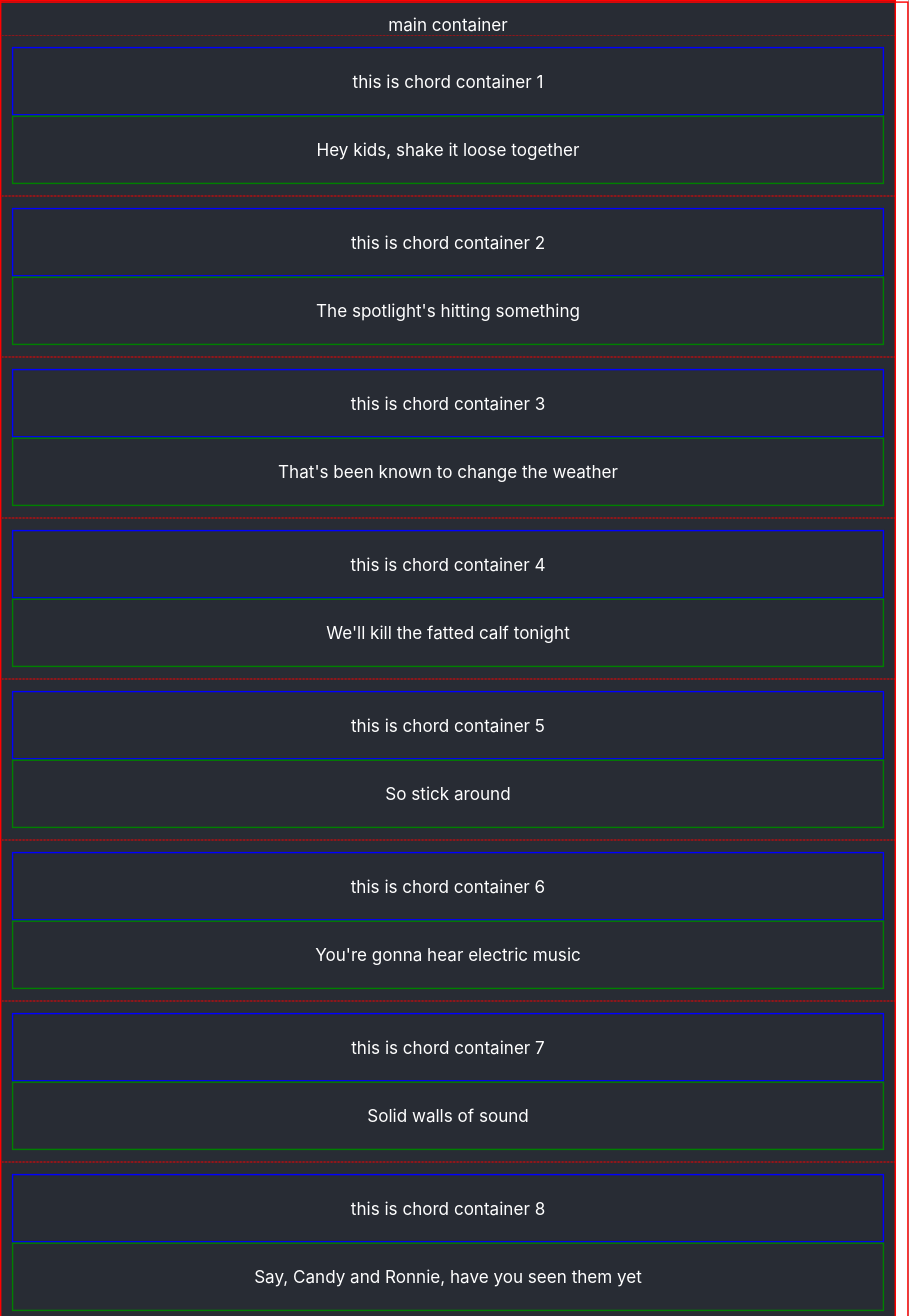
Repository: mattnoth/easy-nash-tab
Page: /
The author's editor kept a copy of each file at every save. The page is drawn from the files as they stood at one save, then again after the next save.
The browser window is 1280 px wide. The page is 1298 px wide, so the pictures cover 1298 px, including what lies to the right of the window. The pictures show the part of the page from y = 0 to 1880 px (the page is 10190 px tall before and 10991 px after), at 70% of full size.
The project was rebuilt for these pictures with package versions that can differ from the ones it lists, and the page was loaded fresh each time.

Above is the page before, as saved 2022-08-07 14:21:18.

### src/App.js
import './App.css';
import MainContainerLogic from './components/MainContainers/MainContainerLogic.js';

function App() {
  return (
    <div className="App">
      <header className="App-header">
      </header>
      <MainContainerLogic />

    </div>
  );
}

export default App;

### src/App.css
.App {
  text-align: center;
  border: 2px solid red;
  background-color: #282c34;
  min-height: 100vh;
  display: flex;
  flex-direction: column;
  align-items: center;
  justify-content: center;
  font-size: calc(10px + 2vmin);
  color: white;
}


.App-logo {
  height: 40vmin;
  pointer-events: none;
}

### src/components/MainContainers/MainContainerLogic.js
import { useState } from "react";
import React from 'react';
import { bennieAndTheJets } from '../../data/BennieAndTheJets'
import Main from '../MainContainers/Main.js'
import './mainContainerStyles.css'


function MainContainerLogic(props) {

    const [fullLyricString, setFullLyricsString] = useState('')
    const [lyricArray, setLyricArray] = useState([])
    const [currentLine, setCurrentLine] = useState([]);

    const splitLyrics = (lyrics) => {
        const arr = lyrics.split(/\r?\n/);
        setLyricArray(arr);
    }

    const createObject = (lyrics) => {
        let obj = {};
        let arr = [];

        for (let i = 0; i < lyrics.length; i++) {
            obj = {
                lyric: lyrics[i],
                currentId: i
            }
            arr.push(obj)
        }
        return arr;
    }

    if (fullLyricString == '') {
        setFullLyricsString(bennieAndTheJets);
    }

    if (fullLyricString && lyricArray.length === 0) {
        splitLyrics(fullLyricString);
    }

    let tempLyrics;

    if (lyricArray.length > 0) {
        if (lyricArray[0]) {
            return;
        } else {
            tempLyrics = createObject(lyricArray);

        }
    }

    if (tempLyrics) {
        tempLyrics.map((line) => {
            currentLine.push(line);
        })
    }

    return (
        <>
            <div className="mainContainer">
                main container
                {
                    currentLine.map((line) => {
                        if (line?.currentId === 0) {
                            return
                        } else {
                            return (
                                <div className="oneLine" key={"div " + line?.currentId}>
                                    <Main
                                        line={line}
                                        key={"main " + line?.currentId}
                                    />
                                </div>

                            )
                        }
                    })
                }
            </div>
        </>
    );
}

export default MainContainerLogic;

### src/data/BennieAndTheJets.js
export const bennieAndTheJets = `
Hey kids, shake it loose together
The spotlight's hitting something
That's been known to change the weather
We'll kill the fatted calf tonight
So stick around
You're gonna hear electric music
Solid walls of sound
Say, Candy and Ronnie, have you seen them yet
Ohh, but they're so spaced out, B-b-b-b Bennie and the Jets
Oh but they're weird and they're wonderful
Oh Bennie she's really keen
She's got electric boots a mohair suit
You know I read it in a magazine
Oh oh, B - b - b - b Bennie and the Jets
Bennie, Bennie and the Jets
Hey kids, plug into the faithless
Maybe they're blinded
But Bennie makes them ageless
We shall survive, let us take ourselves along
Where we fight our parents out in the streets
To find who's right and who's wrong
Say, Candy and Ronnie, have you seen them yet
Ohh, but they're so spaced out, B-b-b-b Bennie and the Jets
Oh but they're weird and they're wonderful
Oh Bennie she's really keen
She's got electric boots a mohair suit
You know I read it in a magazine
Oh oh, B - b - b - b Bennie and the Jets
Bennie, Bennie and the Jets
Hey kids, plug into the faithless
Maybe they're blinded
But Bennie makes them ageless
We shall survive, let us take ourselves along
Where we fight our parents out in the streets
To find who's right and who's wrong
Say, Candy and Ronnie, have you seen them yet
Ohh, but they're so spaced out, B-b-b-b Bennie and the Jets
Oh but they're weird and they're wonderful
Oh Bennie she's really keen
She's got electric boots a mohair suit
You know I read it in a magazine
Oh oh, B - b - b - b Bennie and the Jets
Bennie, Bennie, Bennie, Bennie and the Jets
Bennie and the Jets`

### src/components/MainContainers/Main.js
import React from 'react';
import ChordContainer from '../ChordContainer/ChordContainer.js';
import LyricContainer from '../LyricContainer/LyricContainer.js'
import './mainContainerStyles.css'

function Main({ line }) {
    return (
        <>
            <ChordContainer
                line={line}

            />
            <LyricContainer
                line={line} />
        </>
    );
}

export default Main;

### src/components/MainContainers/mainContainerStyles.css
.mainContainer {
    padding: 1rem;
    display: flex;
    flex-direction: column;
    border: 2px solid red;
    min-width: 100vw;
}

.oneLine {
    border: 1px dotted red;
    padding: 1rem;
}

.chordContainer {
    border: 2px solid blue;
    padding: 2rem;
}

.lyricContainer {
    border: 2px solid green;
    padding: 2rem;
}

### src/components/ChordContainer/ChordContainer.js
import React from 'react';

function ChordContainer({ line }) {
    return (
        <div className="chordContainer">
            this is chord container {line?.currentId}
        </div>
    );
}

export default ChordContainer;

### src/components/LyricContainer/LyricContainer.js
import React from 'react';

function LyricContainer({ line }) {
    return (
        <div
            className="lyricContainer"> {line?.lyric}
        </div>
    );
}

export default LyricContainer;

Loaded but not shown: public/index.html (common file); src/index.js (common file); src/index.css (common file); src/reportWebVitals.js (common file)

After the next save:
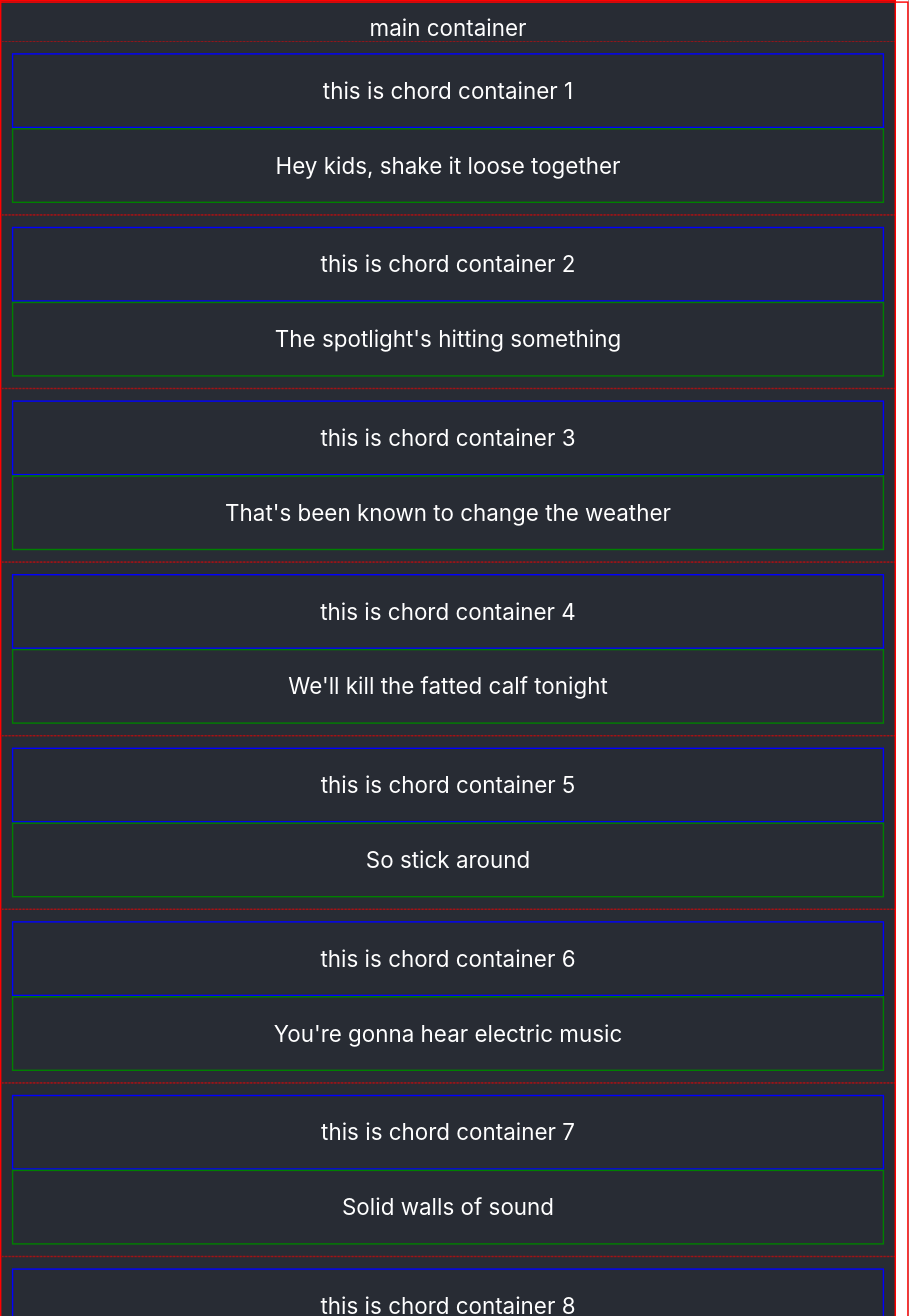
Saved 21 s later.
--- a/src/App.css
+++ b/src/App.css
@@ -7,7 +7,7 @@
   flex-direction: column;
   align-items: center;
   justify-content: center;
-  font-size: calc(10px + 2vmin);
+  font-size: calc(2rem);
   color: white;
 }
 
